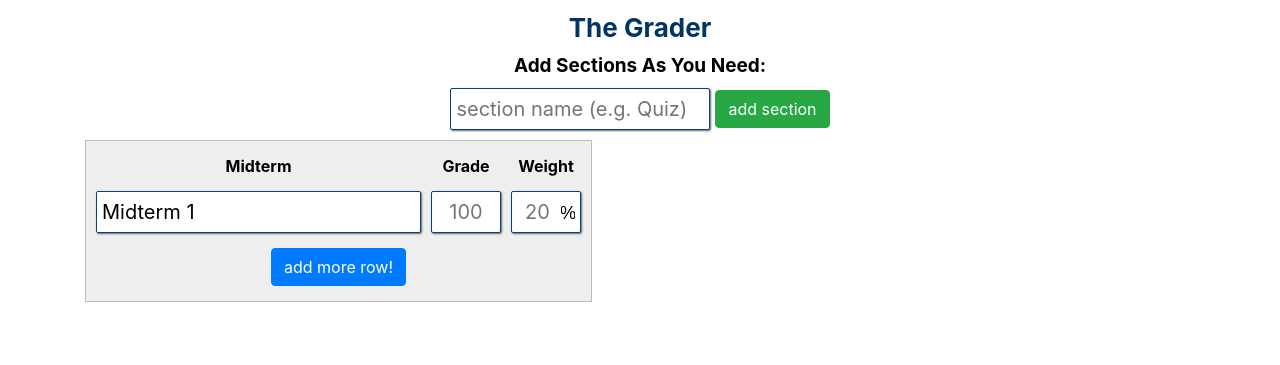
Repository: BarishNamazov/BarishNamazov.github.io
Page: thegrader/index.html
An editor plug-in stored every save of this project. The page is shown before and after the next save, followed by the edit.
The browser window is 1280 px wide. The pictures show the whole page.

Above is the page before, as saved 2020-10-31 17:35:18.

After the next save:
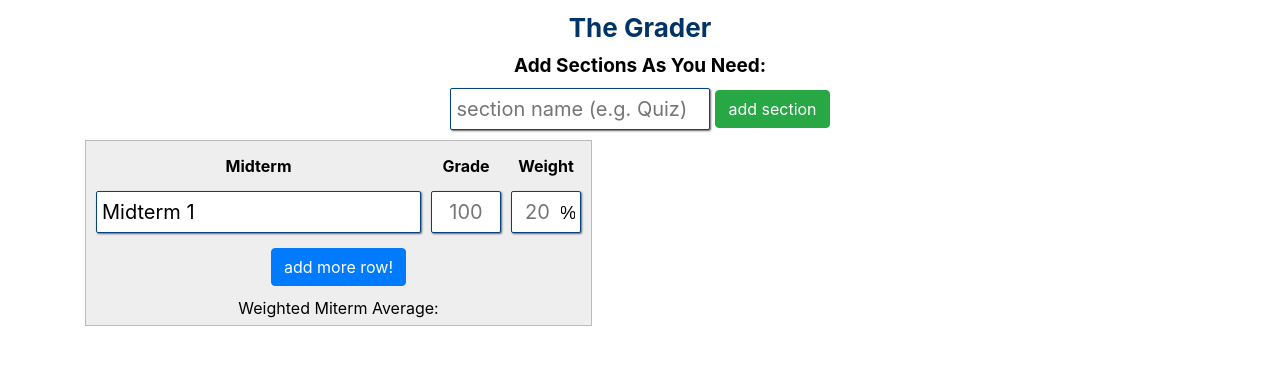
Saved 62 s later.
--- a/thegrader/index.html
+++ b/thegrader/index.html
@@ -48,7 +48,7 @@
                   <button class="btn btn-primary rowAdder" id="section1RowAdder">add more row!</button>
 
                   <div class="gradeBar">
-
+                    Weighted Miterm Average: <span class="s"
                   </div>
                 </td>
               </tr>
